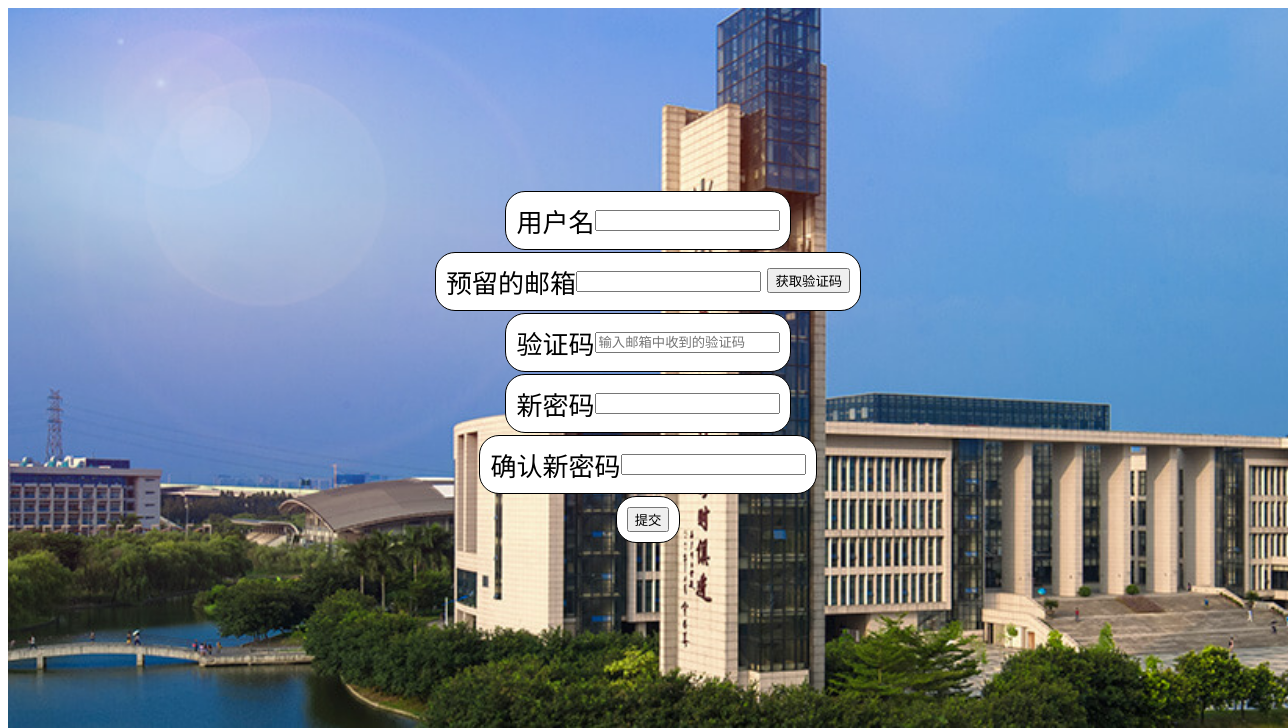
Repository: IAmJiangWenHao/ReportServer
Page: demo.html
These files come from the project's save history. The page is drawn as it stood at one moment and after the next save; the edit follows.
The browser window is 1280 px wide. The page is 1288 px wide, so the pictures cover 1288 px, including what lies to the right of the window. The pictures show the whole page.

Above is the page before, as saved 2023-05-16 12:39:06.

### demo.html

<!DOCTYPE html>
<html>
  <head>
    <meta http-equiv="Content-Type" content="text/html; charset=UTF-8">
    <title>忘记密码</title>
  </head>
  <body>
    <style>
          .mybody {
      height: 100%;
      width: 100%;
      position: absolute;
      background-image: url('./web/img/gzdx-bg.jpg');
      background-size: cover;
      background-position: center;

    }

    form {
      height: 100%;
      display: flex;
      justify-content: center;
      align-items: center;
      flex-direction: column;
    }

    form .hang {
      border: 1px solid black;
      margin-bottom: 2px;
      display: flex;
      border-radius: 20px;
      width: auto;
      height: auto;
      padding: 10px;
      font-size: 26px;
      background-color: #fff;
      position: relative;
      justify-content: space-between
    }
    table tbody tr td a{
      color: #000;
      text-decoration:none;
    }
    table tbody tr td input{
      border: 0;
      background-color: #fff;
    }
    </style>

    <div class="mybody">
      <form action="forgetPass.do" method="post" name="form1" onSubmit="return Check()">

        <div class="hang">用户名 <div id="old"><input type="text" name="username" ></div></div>
        <div class="hang">预留的邮箱 <div id="email"><input type="text" name="email" onblur=isEmail(this.value)> <input type="button" id="button" value="获取验证码"></div></div>
        <div class="hang">验证码<div id="emailcode"><input type="text" name="emailCheckcode"  placeholder="输入邮箱中收到的验证码"/></div></div>
        <div class="hang">新密码 <div id="new"><input type="password" id="idnewpass" name="newpass" ><div id="info_newpass" style="color: #ff0000;display:inline;"></div></div></div>
        <div class="hang">确认新密码 <div id="comfirm"><input type="password" id="idconfirmpass" name="confirmpass"></div>
<input type="hidden" name="index" value="${index}"/></div>
        <div class="hang"><p style="display: flex;margin:0"><input type="submit" id="submit" value="提交"></div>
      </form>
    </div>
    <script>
      //const newpass = document.getElementsByTagName("input")[1];
      const email = document.getElementsByTagName("input")[1];
      function isEmail(strEmail) {
        if (strEmail.search(/^\w+((-\w+)|(\.\w+))*\@[A-Za-z0-9]+((\.|-)[A-Za-z0-9]+)*\.[A-Za-z0-9]+$/) != -1)
          return true;
        else
          alert(email.value + "邮箱格式错误");
      }
      function getAppPath() {
        //获取当前URL
        var curURL = window.document.location.href;
        //获取主机地址之后的路径部分（就是文件地址）
        var pathName = window.document.location.pathname;
        var pos = curURL.indexOf(pathName);
        //获取应用地址
        var host = curURL.substring(0, pos);
        //获取带"/"的应用名，如：/***
        var webAppName = pathName.substring(0, pathName.substr(1).indexOf('/') + 1);
        return host + webAppName;
      }
      //获取button
      const btn = document.getElementById("button");
      //const result=document.getElementById("result");
      //绑定按钮的 click 事件
      btn.onclick = function () {
        if (!isEmail(email.value))
          return false;
        btn.disabled = true;//禁用按钮
        setBTN();
        //1.创建请求对象
        const xhr = new XMLHttpRequest();
        //2.设置请求方法和URL
        xhr.open("post", getAppPath() + "/EmailCheckcodeServlet?email=" + email.value, true);
        //3.发送
        xhr.send();
        //4. 绑定事件 处理服务端返回的结果
        //readystate 是xhr的一个属性，状态 0 1 2 3 4
        xhr.onreadystatechange = function () {
          // 如果服务器端返回了所有的结果
          if (xhr.readyState === 4) {
            //判断响应码 2XX 表示成功
            if (xhr.status >= 200 && xhr.status <= 300) {
              //处理结果
              console.log(xhr.status);//状态码
              console.log(xhr.statusText);//状态字符串
              console.log(xhr.getAllResponseHeaders());//响应头
              console.log(xhr.response);//响应体
              //设置 result 显示的文本内容
              //result.innerHTML=xhr.response;
            } else {
            }
          }
        };
      };
      //修改按钮，控制验证码重新获取
      var time0 = 20;
      var time = time0;
      var t;  // 验证按钮的20s计时
      //修改按钮，控制验证码重新获取
      function changeBTN() {
        if (time > 0) {
          btn.value = "(" + time + "s)" + "重新获取";
          time = time - 1;
        } else {
          btn.disabled = false;
          btn.value = "获取验证码";
          clearInterval(t);
          time = time0;
        }
      }
      function setBTN() {
        btn.value = "(" + time + "s)" + "重新获取";
        time = time - 1;
        t = setInterval("changeBTN()", 1000);  // 1s调用一次
      }

    </script>

    <script>
      const info_newpass = document.getElementById("info_newpass");
      const info_confirm = document.getElementById("info_confirm");
      const newpass = document.getElementById("idnewpass");
      const confirmpass = document.getElementById("idconfirmpass");
      newpass.onfocus = function () {
        info_newpass.innerHTML = "长度6-8位";
      }
      confirmpass.onchange = function () {
        if (confirmpass.value == newpass.value && newpass.value.length >= 4)
          info_confirm.innerHTML = "ok";
        else
        {
          info_confirm.innerHTML = "输入不匹配";
          confirmpass.focus();
        }
      }
      function Check()
      {
        for (var i = 0; i < document.form1.elements.length - 1; i++)
        {
          if (document.form1.elements[i].value == "")
          {
            alert("不允许空！");
            document.form1.elements[i].focus();
            return false;
          }
        }
        if (newpass.value.length < 6)
        {
          alert("密码长度不足！");
          document.getElementsByTagName("input")[1].focus();
          return false;
        }
       // alert(confirmpass.value)
        if (confirmpass.value != newpass.value)
        {
          alert("两次输入不匹配！");
          document.getElementsByTagName("input")[2].focus();
          return false;
        }
        return true;
      }
    </script>
  </body>
</html>

After the next save:
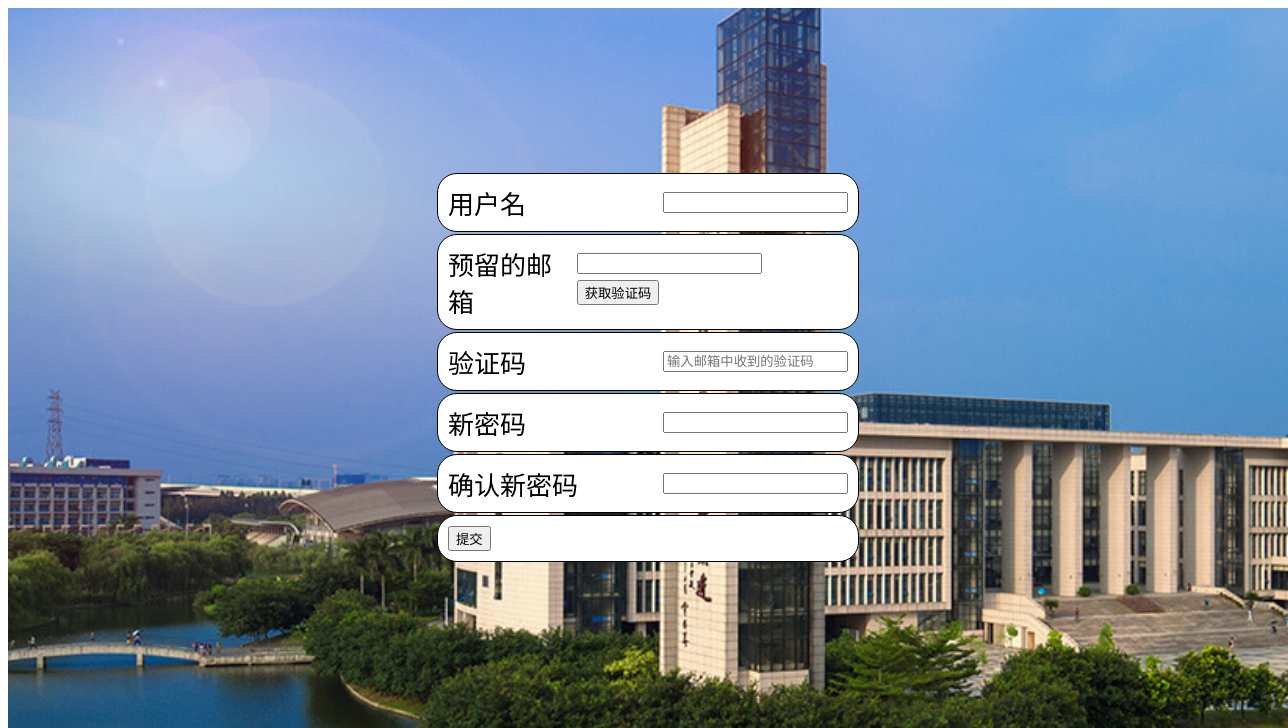
Saved 2 min 54 s later.
--- a/demo.html
+++ b/demo.html
@@ -30,7 +30,7 @@
       margin-bottom: 2px;
       display: flex;
       border-radius: 20px;
-      width: auto;
+      width: 400px;
       height: auto;
       padding: 10px;
       font-size: 26px;
